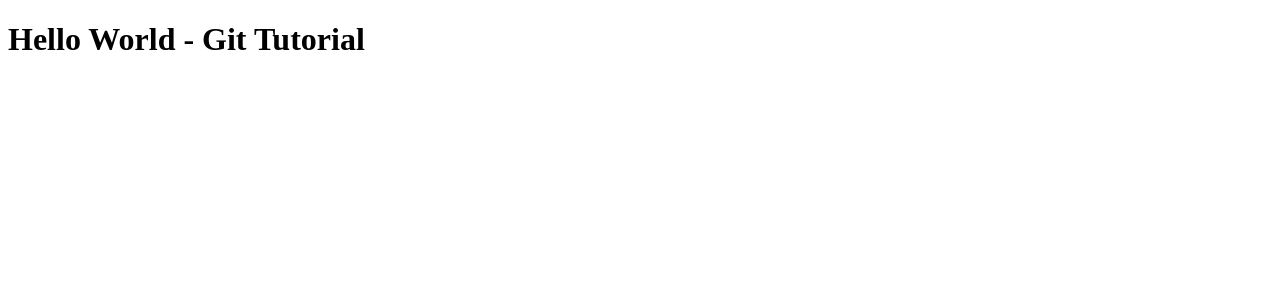
Repository: maianhbao9796/git_tutorial
Page: index.html
These files come from the project's save history. The page is drawn as it stood at one moment and after the next save; the edit follows.
The browser window is 1280 px wide. The pictures show the whole page.

Above is the page before, as saved 2023-02-17 10:58:40.

### index.html
<!DOCTYPE html>
<html lang="en">
<head>
    <meta charset="UTF-8">
    <meta http-equiv="X-UA-Compatible" content="IE=edge">
    <meta name="viewport" content="width=device-width, initial-scale=1.0">
    <title>Git Tutorial</title>
</head>
<body>
    <h1>Hello World - Git Tutorial</h1>
</body>
</html>

After the next save:
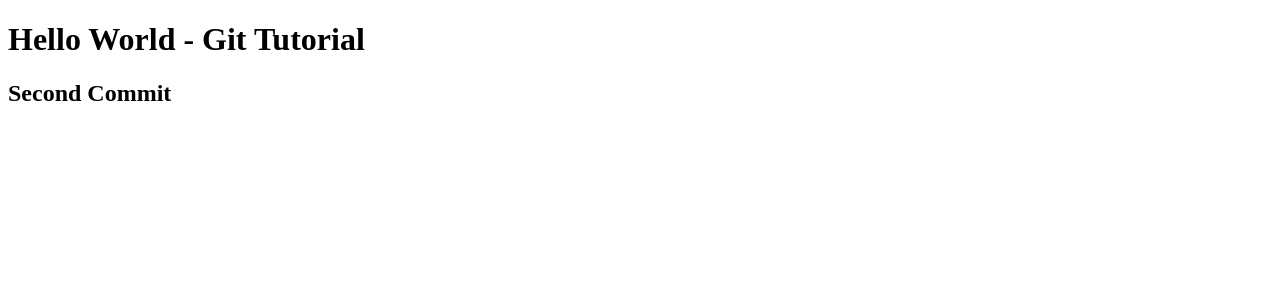
Saved 4 min 26 s later.
--- a/index.html
+++ b/index.html
@@ -8,5 +8,7 @@
 </head>
 <body>
     <h1>Hello World - Git Tutorial</h1>
+
+    <h2>Second Commit</h2>
 </body>
 </html>
